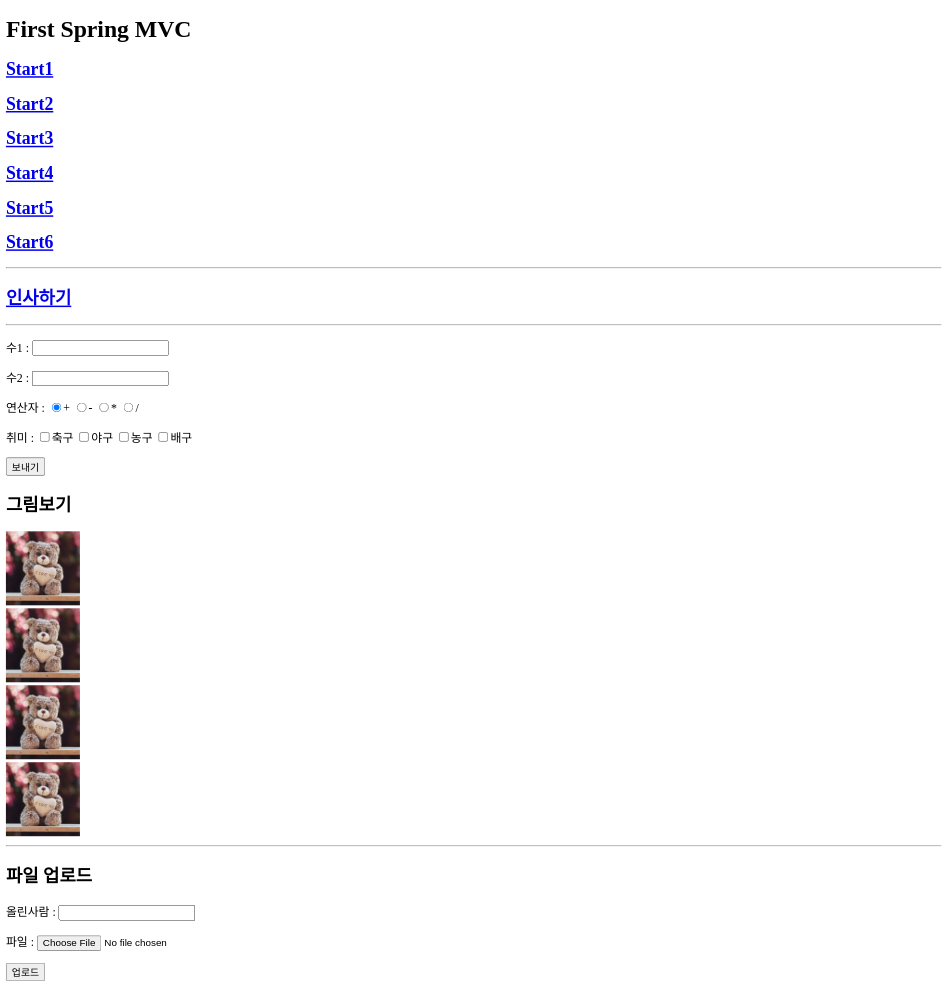
Repository: Developer120000/spring_mvc_study
Page: http://localhost/spring_mvc02/
These files come from the project's save history. The page is drawn as it stood at one moment and after the next save; the edit follows.
The browser window is 1280 px wide. The pictures show the whole page, at 74% of full size.
The page is served by Tomcat 9.

Above is the page before, as saved 2024-03-20 00:54:18.

After the next save:
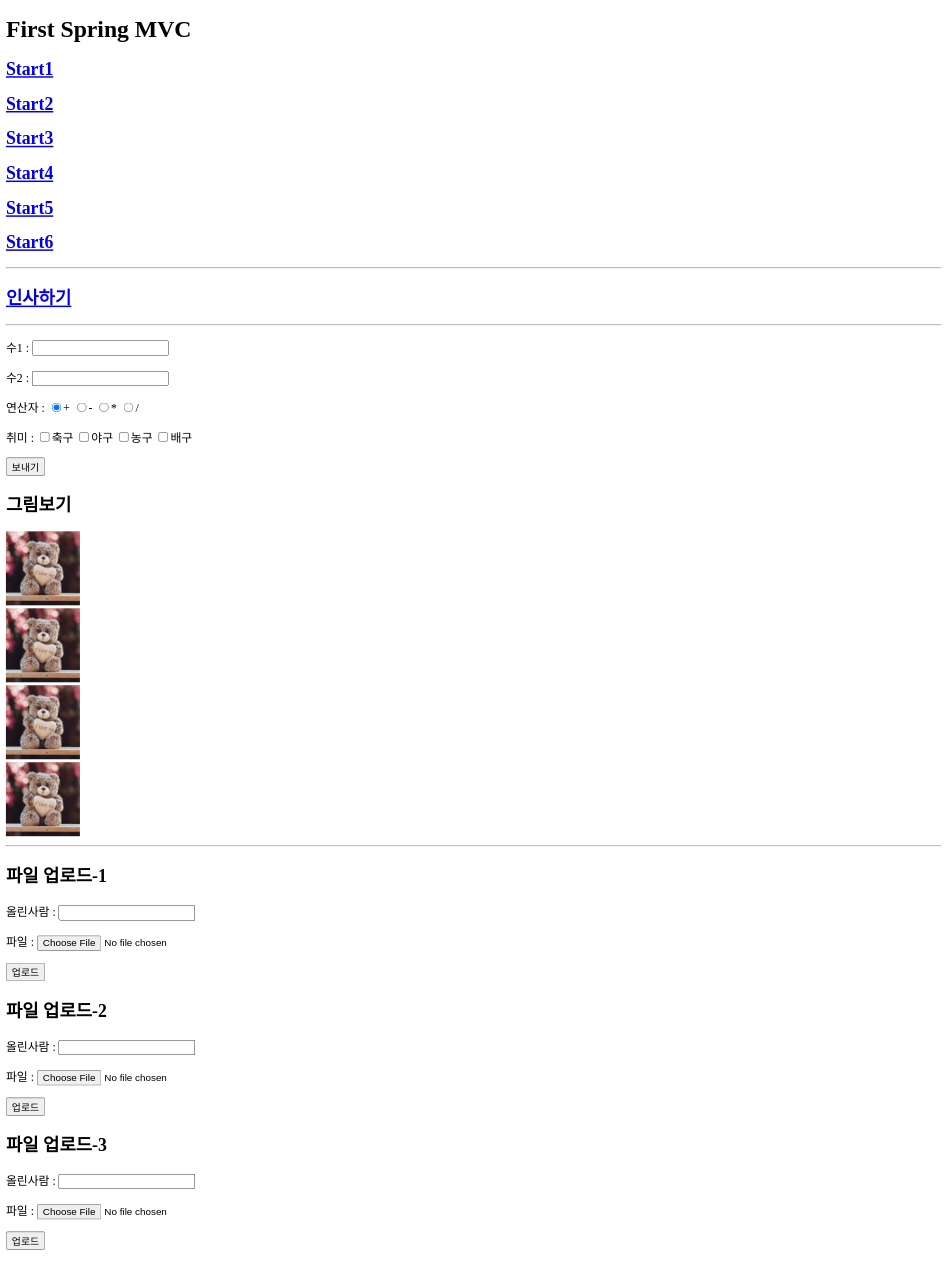
Console error (its wording comes from the project's code and is left out).
Saved 103 s later.
--- a/spring_mvc02/src/main/webapp/WEB-INF/views/index.jsp
+++ b/spring_mvc02/src/main/webapp/WEB-INF/views/index.jsp
@@ -44,11 +44,23 @@
 	<img src='<c:url value="/resources/images/bear.jpg" />' style="width: 100px;"><br>
 	<img src='<c:url value="/resources/images/bear.jpg" />' style="width: 100px;"><br>
 	<hr>
-	<h2>파일 업로드</h2>
+	<h2>파일 업로드-1</h2>
 	<form action="f_up.do" method="post" enctype="multipart/form-data">
 		<p>올린사람 : <input type="text" name="name"></p>
 		<p>파일 : <input type="file" name="f_name"></p>
-		<p><input type="submit" value="업로드">
+		<p><input type="submit" value="업로드"></p>
+	</form>
+	<h2>파일 업로드-2</h2>
+	<form action="f_up.do" method="post" enctype="multipart/form-data">
+		<p>올린사람 : <input type="text" name="name"></p>
+		<p>파일 : <input type="file" name="f_name"></p>
+		<p><input type="button" value="업로드" onclick="f_ up(this.form)"></p>
+	</form>
+	<h2>파일 업로드-3</h2>
+	<form action="f_up.do" method="post" enctype="multipart/form-data">
+		<p>올린사람 : <input type="text" name="name"></p>
+		<p>파일 : <input type="file" name="f_name"></p>
+		<p><input type="submit" value="업로드"></p>
 	</form>
 </body>
 </html>
